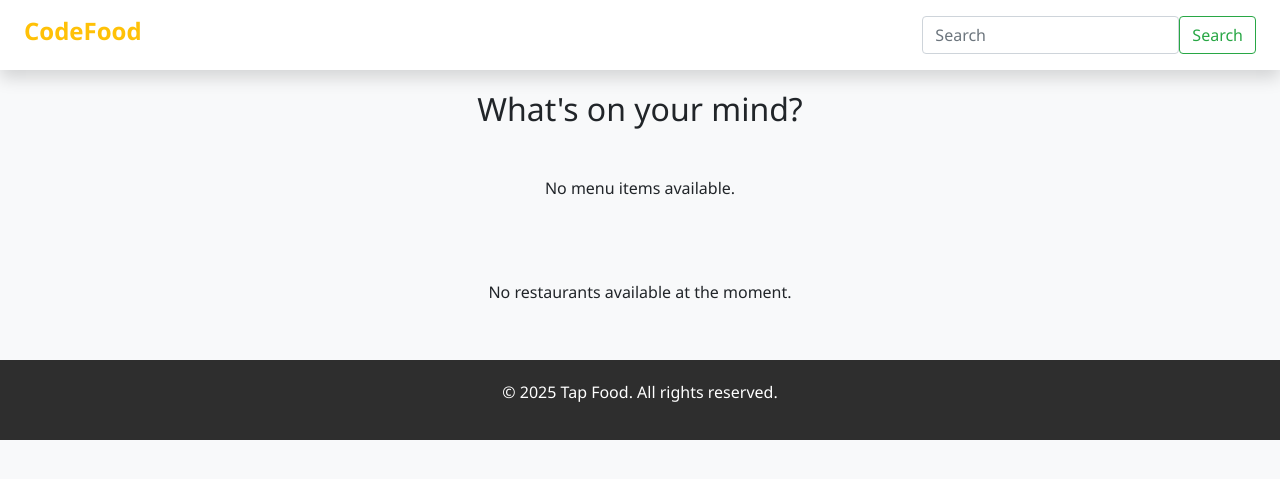
Repository: Rupeswarbhainsa777/Food-Web-App
Page: http://localhost/TapFoodApp/resturent.jsp
These files come from the project's save history. The page is drawn as it stood at one moment and after the next save; the edit follows.
The browser window is 1280 px wide. The pictures show the whole page.
The page is served by Tomcat 10. Nobody is signed in. The application's start-up code is not run. Other server files are loaded and not shown. Queries for data that is not in the repository find no rows.

Above is the page before, as saved 2025-05-02 18:20:23.

### TapFoodApp/src/main/webapp/resturent.jsp
<%@ page import="java.util.List"%>
<%@ page import="com.tap.modeal.Restaurant"%>
<%@ page import="com.tap.modeal.User"%>
<%@ page import="com.tap.modeal.Dish"%>
<%@ page import="com.tap.Dao.Dishdao"%>
<%@ page import="com.tap.DaoImple.DishDAOImp"%>
<%@ page contentType="text/html;charset=UTF-8" language="java"%>
<%@ page import="com.tap.modeal.Dish" %>
<%
User user = (User) session.getAttribute("user1");
List<Restaurant> restaurants = (List<Restaurant>) session.getAttribute("restaurant");
DishDAOImp dishDAO = new DishDAOImp();
Dish specialDish = dishDAO.getSpecialDish();
%>
<!DOCTYPE html>
<html lang="en">
<head>
<meta charset="UTF-8">
<title>Tap Food - Restaurants</title>
<link rel="stylesheet" href="https://stackpath.bootstrapcdn.com/bootstrap/4.5.2/css/bootstrap.min.css">
<link rel="stylesheet" href="https://cdn.jsdelivr.net/npm/bootstrap-icons@1.5.0/font/bootstrap-icons.css">
<style>
body {
	background-color: #f8f9fa;
	font-family: 'Segoe UI', sans-serif;
}
.navbar {
	background-color: #fc8019;
}
.navbar-brand, .nav-link {
	color: white;
}
.hero {
    display: flex;
    justify-content: space-between;
    align-items: center;
    height: 100vh;
    padding: 50px;
    background-color: #f9f9f9;
    transition: all 0.5s ease-in-out;
}
..hero-text, .hero-image {
    flex: 1;
    transition: transform 0.5s ease, opacity 0.5s ease;
}
.hero-text .special {
	font-weight: bold;
}
.hero-text h1 {
	font-size: 3rem;
	margin: 0.5rem 0;
}
.hero-text button {
	padding: 0.7rem 1.2rem;
	font-size: 1rem;
	background-color: navy;
	color: white;
	border: none;
	cursor: pointer;
}
.hero-image img {
	width: 400px;
	border-radius: 10px;
}
.footer {
	background-color: #2e2e2e;
	color: white;
	padding: 20px 0;
	margin-top: 40px;
	text-align: center;
}
.submit-button {
	background-color: #3D90D7;
	border: none;
	color: white;
	padding: 10px 20px;
	margin-top: 10px;
	cursor: pointer;
	border-radius: 5px;
}
.submit-button:hover {
	background-color: #e57012;
}

/* 🎯 Restaurant card hover effect */
.card {
	border-radius: 12px;
	transition: all 0.3s ease-in-out;
	box-shadow: 0 2px 6px rgba(0, 0, 0, 0.1);
	border: none;
}
.card:hover {
	transform: translateY(-5px);
	box-shadow: 0 10px 25px rgba(255, 77, 77, 0.25),
	            0 0 0 3px rgba(255, 77, 77, 0.1); /* Zomato-like glow */
}

/* Ensure image inside card scales well */
.card img {
	height: 200px;
	object-fit: cover;
	border-top-left-radius: 12px;
	border-top-right-radius: 12px;
}






.swap-left {
    transform: translateX(-100px);
    opacity: 0;
}

.swap-right {
    transform: translateX(100px);
    opacity: 0;
}


        .grid-container {
            display: grid;
            grid-template-columns: repeat(auto-fit, minmax(150px, 1fr));
            gap: 30px;
            padding: 40px;
        }

        .grid-item {

            padding: 20px;
            border-radius: 12px;

            text-align: center;
            transition: transform 0.3s ease;
        }

        .grid-item:hover {
            transform: translateY(-5px);
        }

        .grid-item img {
            width: 100px;
            height: 100px;
            object-fit: cover;
            border-radius: 8px;
            margin-bottom: 10px;
        }

        .item-name {
            font-weight: bold;
            font-size: 16px;
            color: #333;
            margin-top: 8px;
        }
  .heading{
   font-size: 2rem;
      margin-top: 20px;
  display: flex;
      align-items: center;
      justify-content: center;

  }
</style>



</head>
<body>

	<header class="d-flex justify-content-between align-items-center px-4 py-3 shadow bg-white">
		<div class="h4 text-warning font-weight-bold" >CodeFood</div>

			   <form class="d-flex" role="search">
      <input class="form-control me-2" type="search" placeholder="Search" aria-label="Search">
      <button class="btn btn-outline-success" type="submit">Search</button>
    </form>

	</header>

<h1 class="heading">What's on your mind?</h1>
<div class="grid-container">
        <%
        List<Dish> obj = (List<Dish>) session.getAttribute("dishlist");
        if (obj != null) {
            List<Dish> menuList = obj;
            for (Dish item : menuList)  {
        %>
            <div class="grid-item">
                <img src="<%= item.getImagePath() %>" alt="<%= item.getName() %>">
                <div class="item-name"><%= item.getName() %></div>
            </div>
        <%
                }
            } else {
        %>
            <p style="text-align:center; grid-column: 1 / -1;">No menu items available.</p>
        <%
            }
        %>
    </div>


	<!-- Restaurant Cards -->
	<div class="container mt-4">
		<div class="row">
			<%
			if (restaurants != null && !restaurants.isEmpty()) {
				for (Restaurant res : restaurants) {
			%>
			<div class="col-md-4 mb-4">
				<div class="card">
					<img src="<%=res.getImagepath()%>" class="card-img-top" alt="<%=res.getName()%>">
					<div class="card-body">
						<h5 class="card-title font-weight-bold"><%=res.getName()%></h5>
						<div class="d-flex justify-content-between mb-2">
							<div>
								<i class="bi bi-star-fill text-warning"></i>
								<%=res.getRating()%>
							</div>
							<div>
								<i class="bi bi-clock"></i>
								<%=res.getEta()%>
							</div>
						</div>
						<p class="mb-1"><%=res.getCuisineType()%></p>
						<p class="text-muted"><%=res.getAddress()%></p>
						<div class="text-center">
							<a href="Menu?restaurantId=<%=res.getRestaurantId()%>">
								<input type="submit" value="View Menu" class="submit-button">
							</a>
						</div>
					</div>
				</div>
			</div>
			<%
				}
			} else {
			%>
			<div class="col-12">
				<p class="text-center">No restaurants available at the moment.</p>
			</div>
			<%
			}
			%>
		</div>
	</div>

	<footer class="footer">
		<p>&copy; 2025 Tap Food. All rights reserved.</p>
	</footer>




	<!-- java script -->


</body>
</html>

### TapFoodApp/src/main/java/com/tap/Dao/Dishdao.java
package com.tap.Dao;
import java.util.*;

import com.tap.modeal.Dish;

public interface Dishdao
{
	Dish getSpecialDish();
   List<Dish> getAllDishes();
}

### TapFoodApp/src/main/java/com/tap/DaoImple/DishDAOImp.java
package com.tap.DaoImple;

import java.sql.Connection;
import java.sql.DriverManager;
import java.sql.PreparedStatement;
import java.sql.ResultSet;
import java.sql.SQLException;
import java.sql.Statement;
import java.util.ArrayList;
import java.util.List;

import com.tap.Dao.Dishdao;
import com.tap.modeal.Dish;
import com.tap.modeal.Restaurant;

public class DishDAOImp implements Dishdao {

	private final String url = "jdbc:mysql://localhost:3306/foodapp";
	private final String username = "root";
	private final String password = "@sumit222";
	private final String sql = "SELECT * FROM `dish` WHERE `id` = 1";
	private final String selectAll = "SELECT * FROM `dish`";
    String insertQuery = "INSERT INTO `dish` (`name`, `description`, `imagepath`) VALUES (?, ?, ?)";


	PreparedStatement ps = null;
	ResultSet rs = null;
	Connection con = null;

	public DishDAOImp() {
		try {
			Class.forName("com.mysql.cj.jdbc.Driver");

			con = DriverManager.getConnection(url, username, password);
		} catch (Exception e) {
			// TODO Auto-generated catch block
			e.printStackTrace();
		}

	}

	@Override
	public List<Dish> getAllDishes() {
	    List<Dish> list = new ArrayList<>();


	    try (Statement stmt = con.createStatement();
	         ResultSet rs = stmt.executeQuery(selectAll)) {

	        while (rs.next()) {
	            Dish dish = mapAllDish(rs);
	            if (dish != null) {
	                list.add(dish);
	            }
	        }
	    } catch (SQLException e) {
	        e.printStackTrace();
	    }

	    return list;
	}


	private Dish mapAllDish(ResultSet re) {
	    try {

	        String name = re.getString("name");
	        String des = re.getString("description");
	        String imagePath = re.getString("imagepath");



	        return new Dish(name, des, imagePath);
	    } catch (SQLException e) {
	        e.printStackTrace();
	        return null; // Optional: return null to indicate failure
	    }
	}


	@Override
	public Dish getSpecialDish() {
		Dish dish = null;

		try {
			ps = con.prepareStatement(sql);
			rs = ps.executeQuery();

			if (rs.next()) {
				dish = new Dish();
				dish.setId(rs.getInt("id"));
				dish.setName(rs.getString("name"));
				dish.setDescription(rs.getString("description"));
				dish.setImagePath(rs.getString("imagepath"));

			}

		} catch (Exception e) {

		}

		return dish;
	}
	public boolean addDish(Dish dish) {

	    try (
	    PreparedStatement ps = con.prepareStatement(insertQuery)) {
	        ps.setString(1, dish.getName());
	        ps.setString(2, dish.getDescription());
	        ps.setString(3, dish.getImagePath());


	        int rows = ps.executeUpdate();
	        return rows > 0;
	    } catch (SQLException e) {
	        e.printStackTrace();
	        return false;
	    }
	}

}

After the next save:
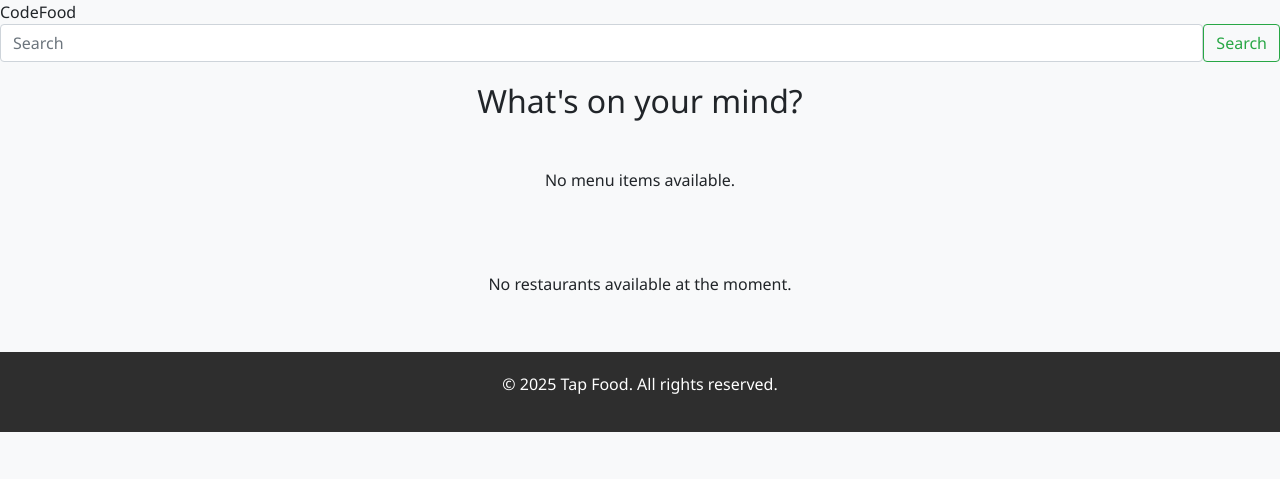
Saved 45 s later.
--- a/TapFoodApp/src/main/webapp/resturent.jsp
+++ b/TapFoodApp/src/main/webapp/resturent.jsp
@@ -168,10 +168,10 @@
 </head>
 <body>
 
-	<header class="d-flex justify-content-between align-items-center px-4 py-3 shadow bg-white">
-		<div class="h4 text-warning font-weight-bold" >CodeFood</div>
-
-			   <form class="d-flex" role="search">
+	<header class="">
+		<div class="" >CodeFood</div>
+
+	 <form class="d-flex" role="search">
       <input class="form-control me-2" type="search" placeholder="Search" aria-label="Search">
       <button class="btn btn-outline-success" type="submit">Search</button>
     </form>

After the save that followed:
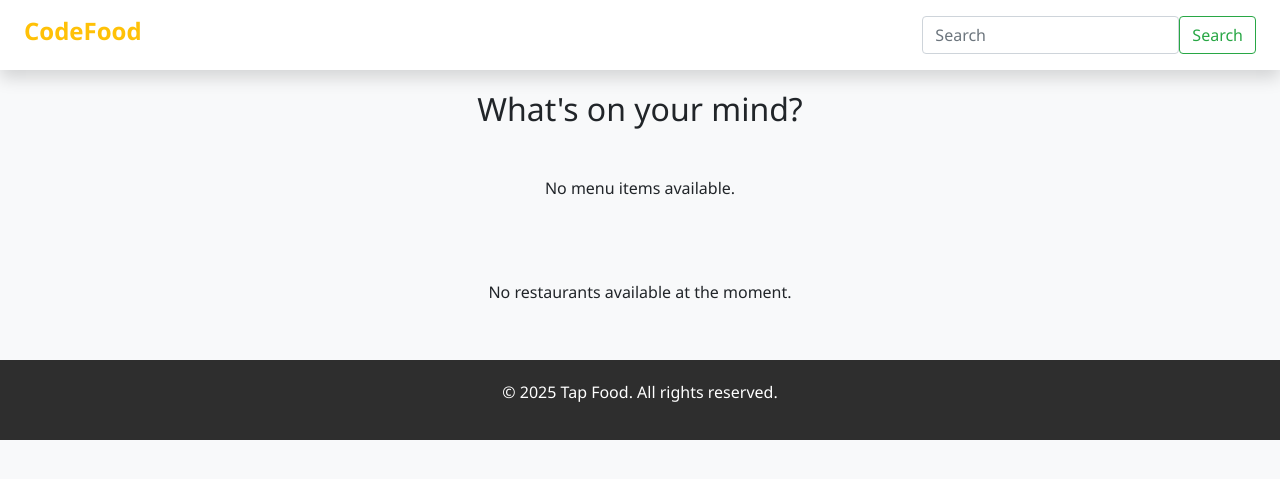
Saved 10 s later.
--- a/TapFoodApp/src/main/webapp/resturent.jsp
+++ b/TapFoodApp/src/main/webapp/resturent.jsp
@@ -168,8 +168,8 @@
 </head>
 <body>
 
-	<header class="">
-		<div class="" >CodeFood</div>
+	<header class="d-flex justify-content-between align-items-center px-4 py-3 shadow bg-white">
+		<div class="h4 text-warning font-weight-bold" >CodeFood</div>
 
 	 <form class="d-flex" role="search">
       <input class="form-control me-2" type="search" placeholder="Search" aria-label="Search">
